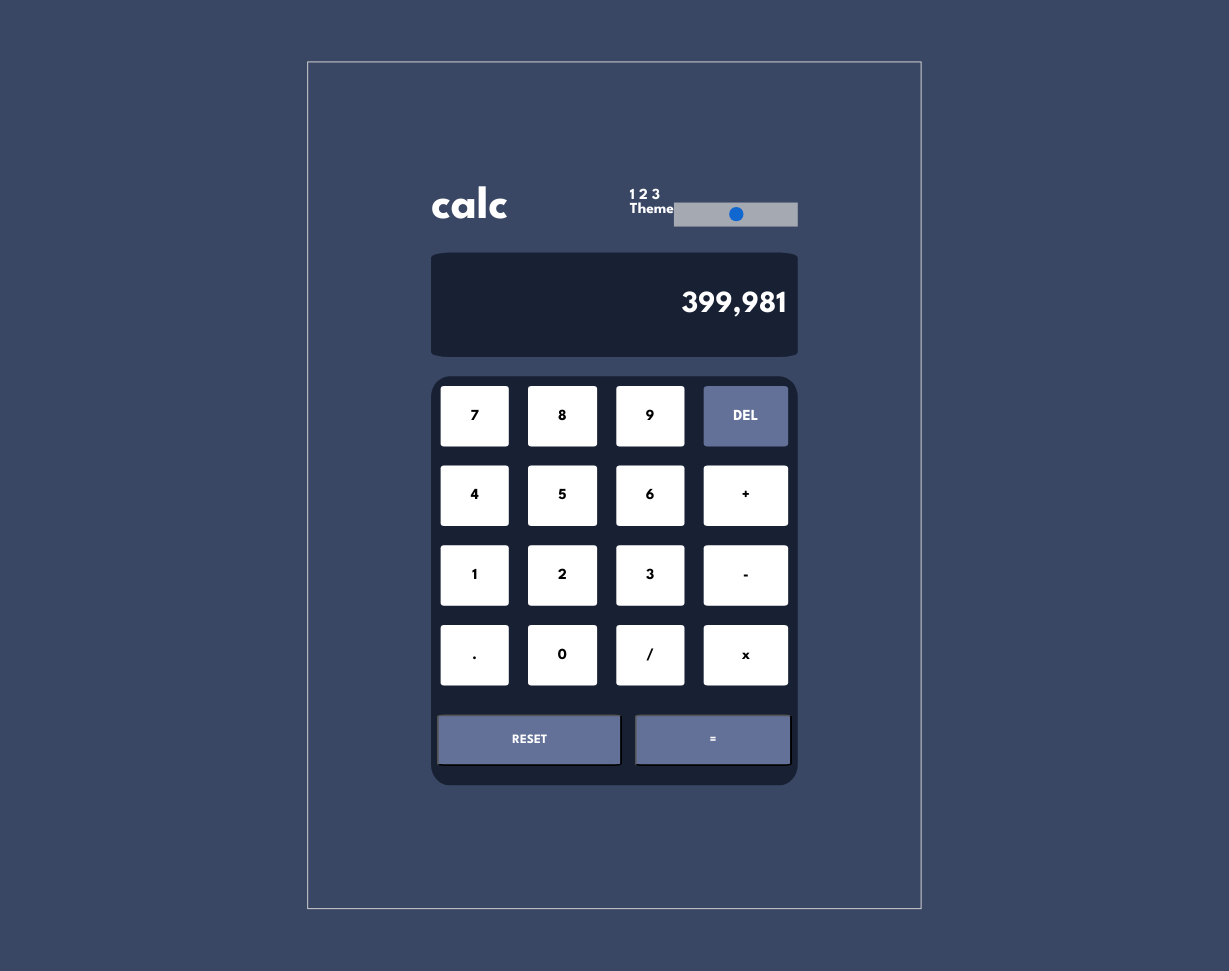
Repository: DevLaukey/calc-with-css-js
Page: index.html
An editor plug-in stored every save of this project. The page is shown before and after a run of saves, followed by the edit.
The browser window is 1280 px wide. The pictures show the whole page, at 96% of full size.

Above is the page before, as saved 2022-05-18 14:28:14.

### index.html
<!DOCTYPE html>
<html lang="en">
  <head>
    <meta charset="UTF-8" />
    <meta http-equiv="X-UA-Compatible" content="IE=edge" />
    <meta name="viewport" content="width=device-width, initial-scale=1.0" />
    <title>Calculator</title>
    <link rel="stylesheet" href="./styles.css" />
    <link rel="preconnect" href="https://fonts.googleapis.com" />
    <link rel="preconnect" href="https://fonts.gstatic.com" crossorigin />
    <link
      href="https://fonts.googleapis.com/css2?family=League+Spartan:wght@700&display=swap"
      rel="stylesheet"
    />
  </head>
  <body>
    <div class="body">
      <header class="calculator__header">
        <div>
          <p class="calculator__name text">calc</p>
        </div>
        <div class="calculator__slider">
          <div class="text">
            <p class="calculator__smallText">1 2 3</p>
            <div class="calculator__block">
              <p class="calculator__smallText">Theme</p>
              <input
                class="slider"
                type="range"
                min="1"
                max="3"
                name=""
                id=""
              />
            </div>
          </div>
        </div>
      </header>
      <div class="calculator__display">
        <p class="text calculator__solution">399,981</p>
      </div>
      <div class="calculator__input">
        <div class="calculator__row">
          <p class="calculator__button seven">7</p>
          <p class="calculator__button eight">8</p>
          <p class="calculator__button nine">9</p>
          <p class="calculator__button del back" style="background-color:hsl(225, 21%, 49%); color:white;">DEL</p>
          <p class="calculator__button four">4</p>
          <p class="calculator__button five">5</p>
          <p class="calculator__button six">6</p>
          <p class="calculator__button plus">+</p>
          <p class="calculator__button one">1</p>
          <p class="calculator__button two">2</p>
          <p class="calculator__button three">3</p>
          <p class="calculator__button minus">-</p>

          <p class="calculator__button dot">.</p>
           <p class="calculator__button minus">0</p>
          <p class="calculator__button slash">/</p>
          <p class="calculator__button multiply">x</p>

        </div>
        <div class="calculator__control">
            <button class="control reset text">RESET</button>
            <button class="control equals text">=</button>
          </div>
      </div>
    </div>
  </body>
</html>

### styles.css
* {
  margin: 0;
  padding: 0;
  box-sizing: border-box;
}

body {
  background-color: hsl(222, 26%, 31%);

}
.body {
  font-family: "League Spartan", sans-serif;
  /* width: 100%; */
  padding: 10%;
  margin-bottom: 5%;
  margin-top: 5%;
  margin-left: 25%;
  margin-right: 25%;
  border: 1px solid #d3d3d3;
}
.calculator__header {
  display: flex;
  width: 100%;
  justify-content: space-between;
  margin-bottom: 25px;
}
.calculator__block {
  display: flex;
}
.calculator__name {
  font-size: 3em;
  color: white;
}
.calculator__slider {
  display: flex;
  align-self: center;
}
.text {
  color: white;
    font-family: "League Spartan", sans-serif;

}
.numbers {
  color: hsl(221, 14%, 31%);
}
.slider {
  -webkit-appearance: none;
  /* width: 100%; */
  height: 25px;
  background: #d3d3d3;
  /* outline: none; */
  opacity: 0.7;
  -webkit-transition: 0.2s;
  transition: opacity 0.2s;
}
.background-red{background-color: hsl(6, 63%, 50%);
}

.background-light-orange{background-color: hsl(30, 25%, 89%)}

.slider:hover {
  opacity: 1;
}
.slider::-webkit-slider-thumb {
  /* -webkit-appearance: none; */
  /* appearance: none; */
  width: 25px;
  height: 25px;
  background: #04aa6d;
  cursor: pointer;
}

.slider::-moz-range-thumb {
  width: 25px;
  height: 25px;
  background: #04aa6d;
  cursor: pointer;
}

.calculator__display {
  background-color: hsl(224, 36%, 15%);
  display: flex;
  flex-direction: row-reverse;
  border-radius: 5%;
  padding: 2.5em 0.75rem 2.5em 0.75em;
  margin-bottom: 20px;
}
.calculator__solution {
  font-size: 2em;
}
.calculator__input {
  background-color: hsl(224, 36%, 15%);
  border-radius: 5%;
text-align: center;
  display: flex;
  flex-direction: column;
}
.calculator__row{
    display: grid;
  gap: 20px;
  grid-template-columns: auto auto auto auto;
    padding: 10px;
  margin-bottom: 20px;

}
.calculator__button {
    background-color: white;
    padding-top: 1.5em;
    padding-bottom: 1.5em;
    padding-left: -0.2em;
    padding-right: -0.2em;
    border-radius: 5%;
    box-shadow:  hsl(224, 28%, 35%);
}
.calculator__control {
    display: flex;
    justify-content: space-around;
    margin-bottom:20px ;

}
.control{
    padding: 5% 20% 5% 20%;
    border-radius: 5%;
}
.reset{
  background-color:hsl(225, 21%, 49%);
}
.equals{
  background-color:hsl(225, 21%, 49%);
}

After the next 3 saves:
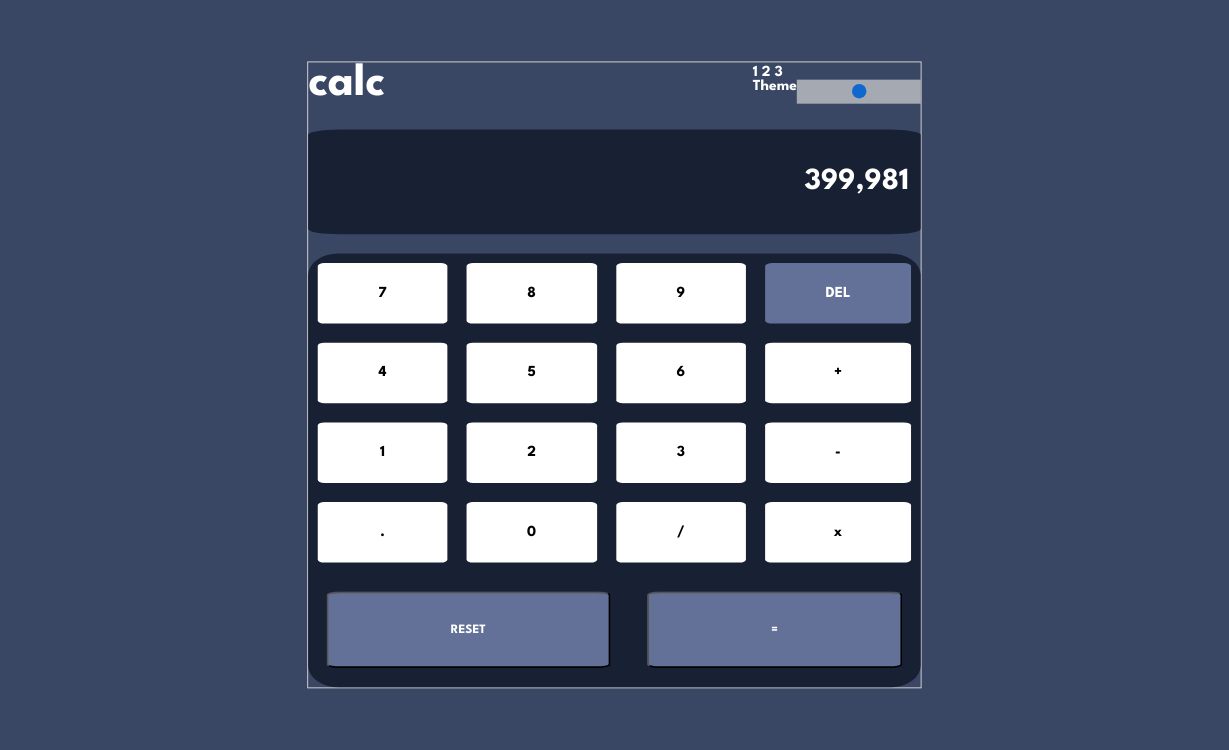
The 3 saves are shown as one change because they came seconds apart.
The last was saved 29 s later.
--- a/styles.css
+++ b/styles.css
@@ -11,7 +11,7 @@
 .body {
   font-family: "League Spartan", sans-serif;
   /* width: 100%; */
-  padding: 10%;
+  /* padding: 10%; */
   margin-bottom: 5%;
   margin-top: 5%;
   margin-left: 25%;

After the save that followed:
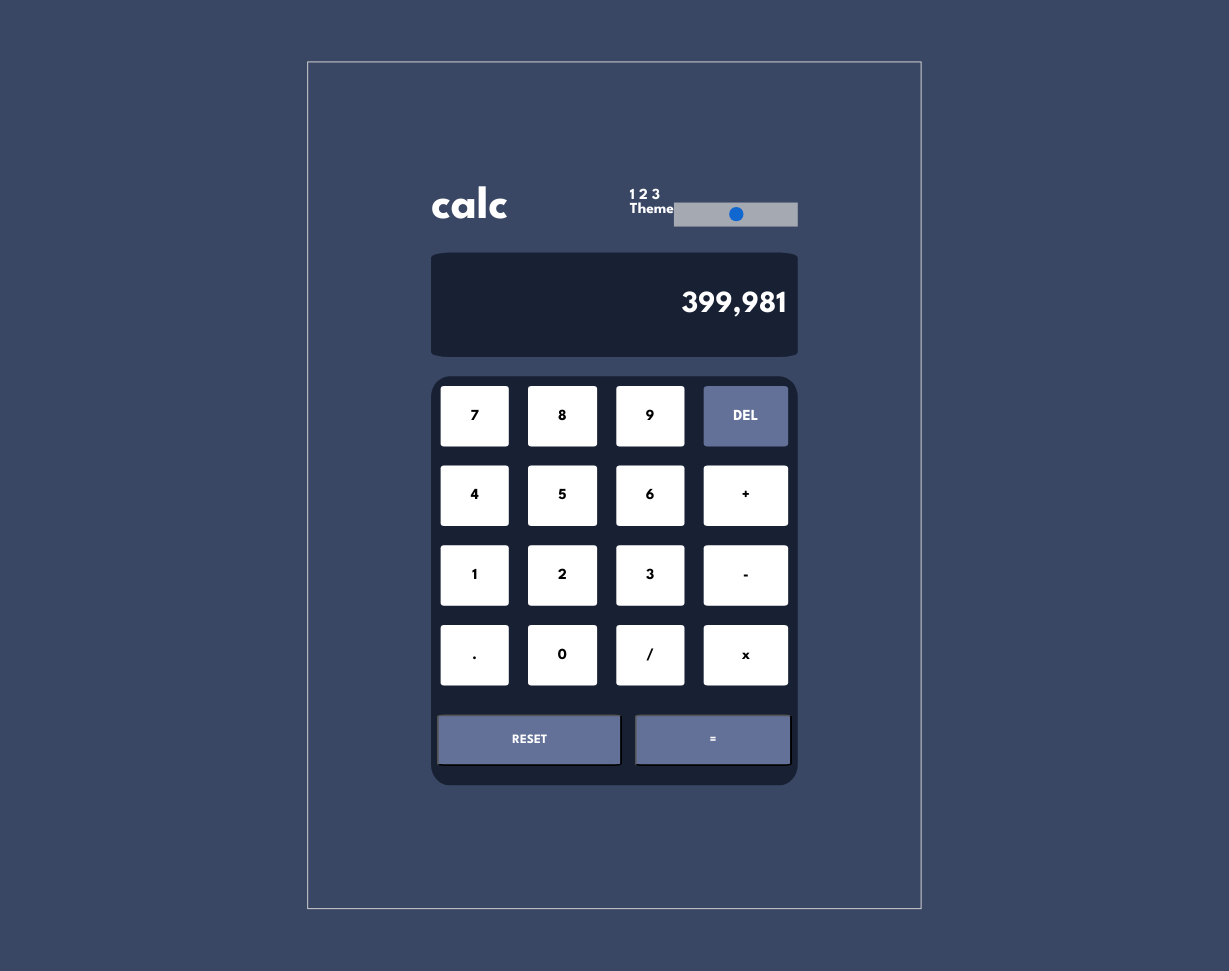
Saved 12 s later.
--- a/styles.css
+++ b/styles.css
@@ -11,7 +11,7 @@
 .body {
   font-family: "League Spartan", sans-serif;
   /* width: 100%; */
-  /* padding: 10%; */
+  padding: 10%;
   margin-bottom: 5%;
   margin-top: 5%;
   margin-left: 25%;
